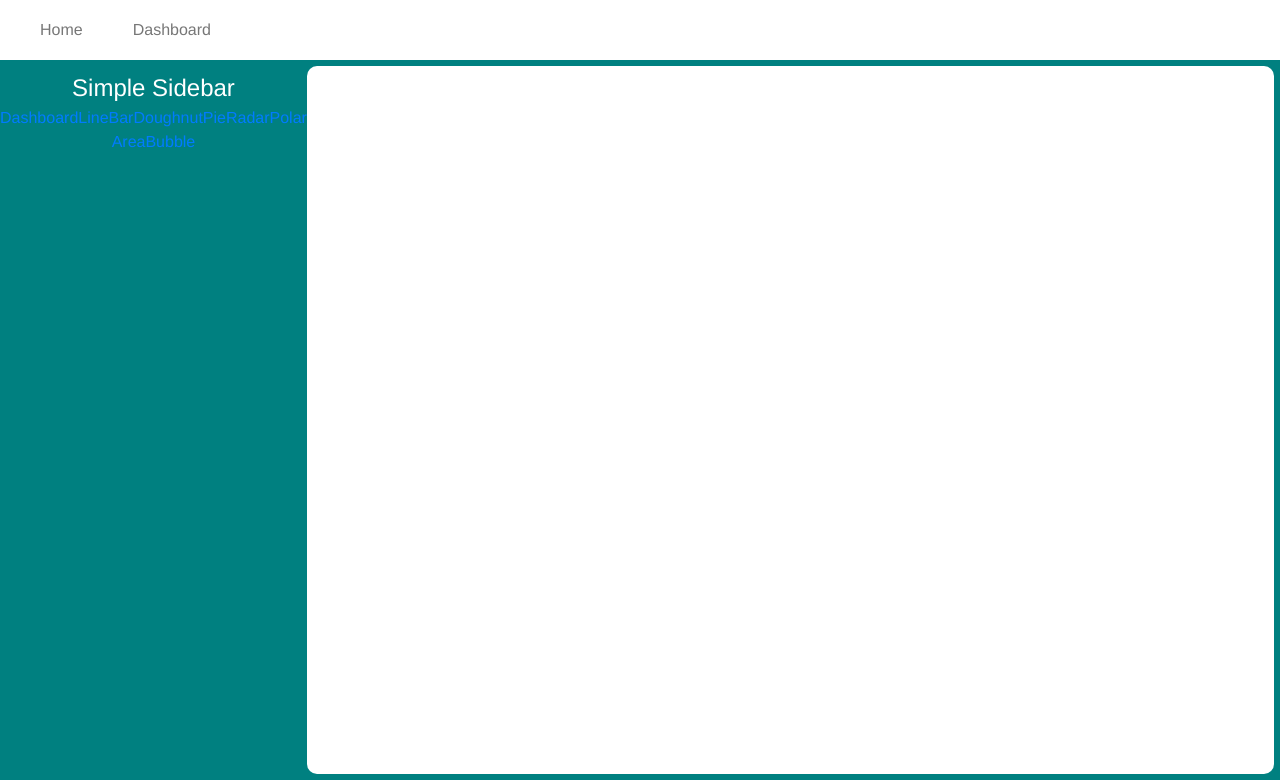
Repository: nashthecoder/vue_learn
Page: /dashboard (app in client/)
An editor plug-in stored every save of this project. The page is shown before and after the next save, followed by the edit.
The browser window is 1280 px wide. The pictures show the whole page.
The project was rebuilt for these pictures with package versions that can differ from the ones it lists, and the page was loaded fresh each time. Imported but missing from the stored project, and not drawn on this page: client/src/views/Home.vue.

Above is the page before, as saved 2020-12-25 00:56:57.

After the next save:
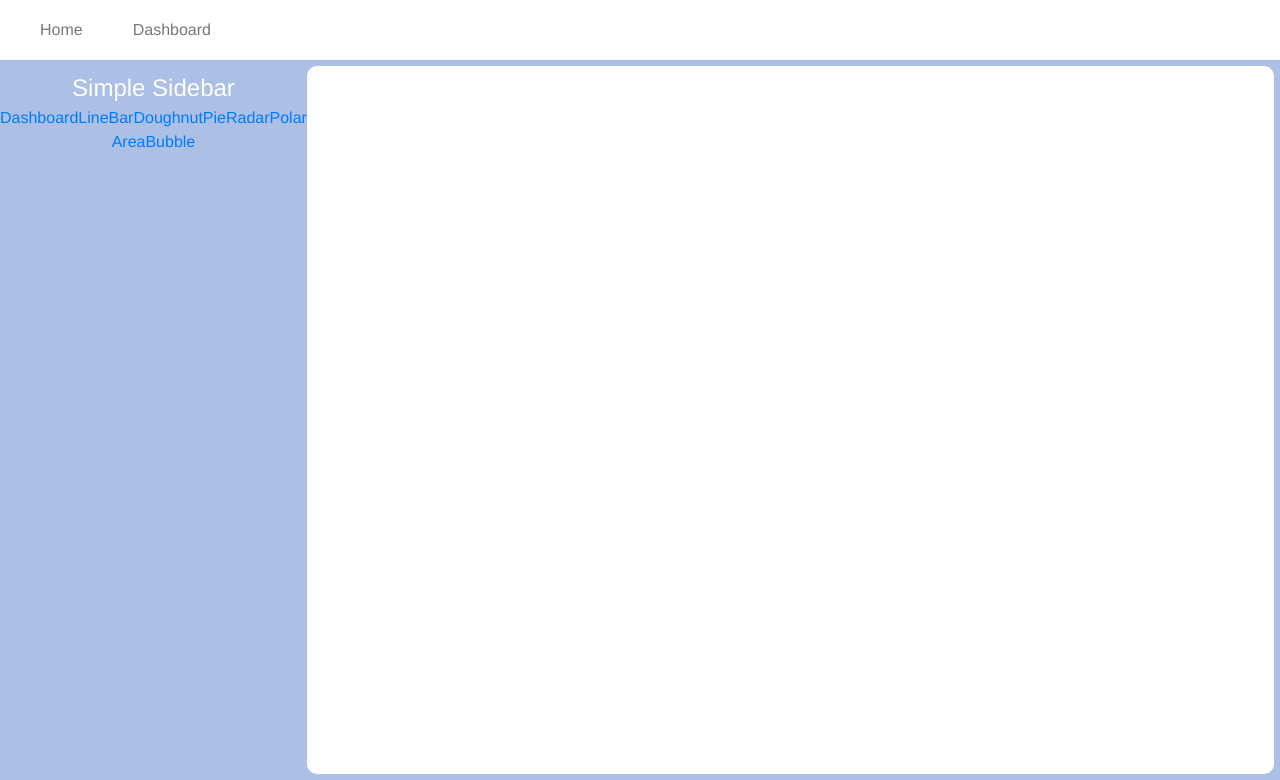
Saved 33 s later.
--- a/client/src/views/Dashboard.vue
+++ b/client/src/views/Dashboard.vue
@@ -21,7 +21,7 @@ export default {
 .dashboard {
     display: grid;
     grid-template-columns: 1fr 5fr;
-    background-color: teal;
+    background-color: rgb(172, 191, 228);
     height: 100vh;
     width: 100vw;
 }
